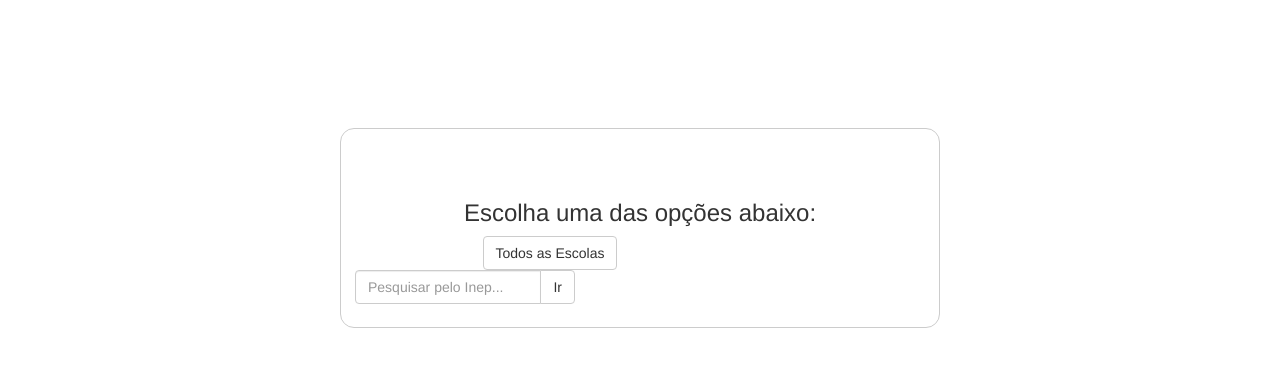
Repository: ipti/br.tag.webservice
Page: http://localhost/Restful-API-TAG/schools.jsp
The author's editor kept a copy of each file at every save. The page is drawn from the files as they stood at one save, then again after the next save.
The browser window is 1280 px wide. The pictures show the whole page.
The page is served by Tomcat 9. Other server files are loaded and not shown.

Above is the page before, as saved 2016-04-27 14:12:43.

### Restful-API-TAG/WebContent/schools.jsp
<%@ page language="java" contentType="text/html; charset=ISO-8859-1"
    pageEncoding="ISO-8859-1"%>
<!DOCTYPE html PUBLIC "-//W3C//DTD HTML 4.01 Transitional//EN" "http://www.w3.org/TR/html4/loose.dtd">
<html>
<head>
<link rel="stylesheet" href="css/styles.css">
<link href="css/bootstrap.min.css" rel="stylesheet">
<meta http-equiv="Content-Type" content="text/html; charset=ISO-8859-1">
<title>API TAG - Escolas</title>
</head>
<body>
	<div id="schoolDiv">
		<h3 id="titleSchool">Escolha uma das opções abaixo:</h3>

		<div class="btn-group-md text-center" role="group" aria-label="...">
			<div class="row">
				<div class="col-lg-6"  style="margin-left: 10%;">
					<a type="submit" class="btn btn-default" href="${pageContext.request.contextPath}/api/TagService/getStudents">Todos as Escolas</a>
				</div>
				<div class="col-lg-5">
					<div class="input-group">
						<input type="text" class="form-control" placeholder="Pesquisar pelo Inep...">
						<span class="input-group-btn">
							<a class="btn btn-default" type="submit" href="${pageContext.request.contextPath}/api/TagService/getStudents/{inep_id}">Ir</a>
						</span>
					</div>
				</div>
			</div>
		</div>
	</div>
</body>
</html>

### Restful-API-TAG/WebContent/css/styles.css
@CHARSET "ISO-8859-1";

#mainDiv {
    /* Just to center the form on the page */
    margin: 10% auto;
    width: 500px;
    height: 200px;
    /* To see the outline of the form */
    padding: 1em;
    border: 1px solid #CCC;
    border-radius: 1em;
}

#divGroup {
	padding: 7px;
}

#studentDiv, #schoolDiv, #instructorDiv, #classroomDiv {
    /* Just to center the form on the page */
    margin: 10% auto;
    width: 600px;
    height: 200px;
    /* To see the outline of the form */
    padding: 1em;
    border: 1px solid #CCC;
    border-radius: 1em;
}

#titleH3 {
	text-align: center;
	margin-top: 10%;
}

#titleStudent, #titleSchool, #titleInstructor, #titleClassroom {
	text-align: center;
	margin-top: 10%;
}

Loaded but not shown: Restful-API-TAG/WebContent/css/bootstrap.min.css (library)

After the next save:
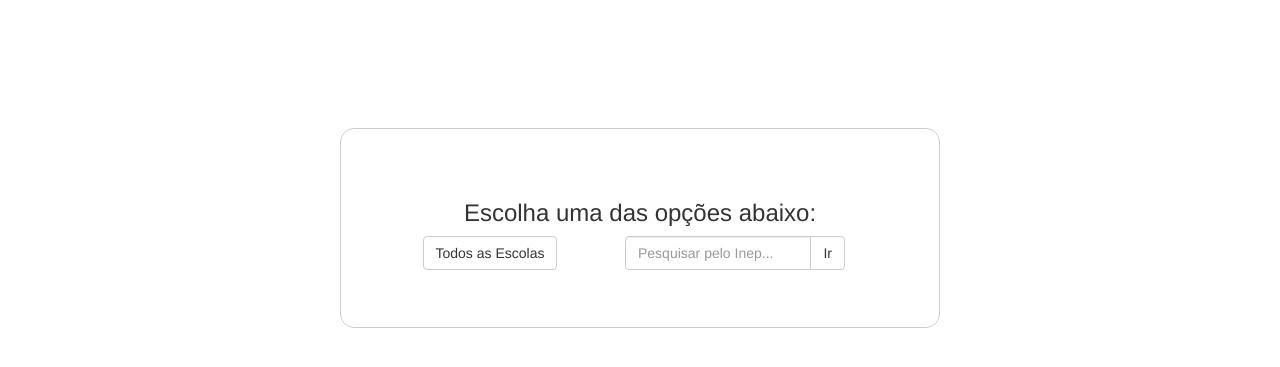
Saved 11 s later.
--- a/Restful-API-TAG/WebContent/schools.jsp
+++ b/Restful-API-TAG/WebContent/schools.jsp
@@ -14,10 +14,10 @@
 
 		<div class="btn-group-md text-center" role="group" aria-label="...">
 			<div class="row">
-				<div class="col-lg-6"  style="margin-left: 10%;">
+				<div class="col-lg-6">
 					<a type="submit" class="btn btn-default" href="${pageContext.request.contextPath}/api/TagService/getStudents">Todos as Escolas</a>
 				</div>
-				<div class="col-lg-5">
+				<div class="col-lg-5"  style="margin-left: -5%;">
 					<div class="input-group">
 						<input type="text" class="form-control" placeholder="Pesquisar pelo Inep...">
 						<span class="input-group-btn">
